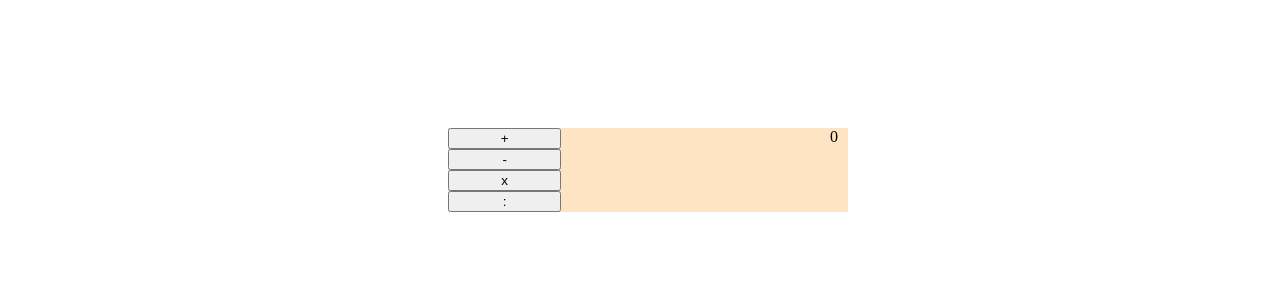
Repository: CryptoFamilyNFT/develhope
Page: css/Grid 2/calculator.html
The author's editor kept a copy of each file at every save. The page is drawn from the files as they stood at one save, then again after the next save.
The browser window is 1280 px wide. The page is 1288 px wide, so the pictures cover 1288 px, including what lies to the right of the window. The pictures show the whole page.

Above is the page before, as saved 2024-11-15 12:46:57.

After the next save:
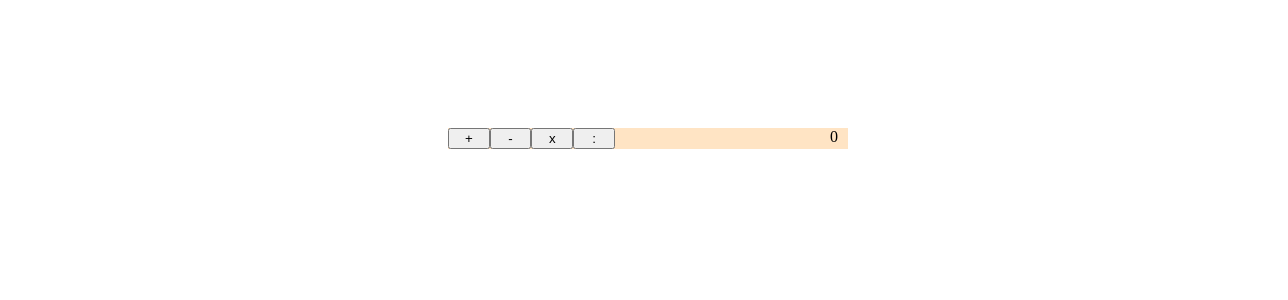
Saved 6 s later.
--- a/css/Grid 2/calculator.css
+++ b/css/Grid 2/calculator.css
@@ -24,6 +24,6 @@
 
 .container > .operator {
     display: grid;
-    grid-template-columns: repeat(1, 1fr)
+    grid-template-columns: repeat(4, 1fr);
     grid-area: 1 / auto;
 }
